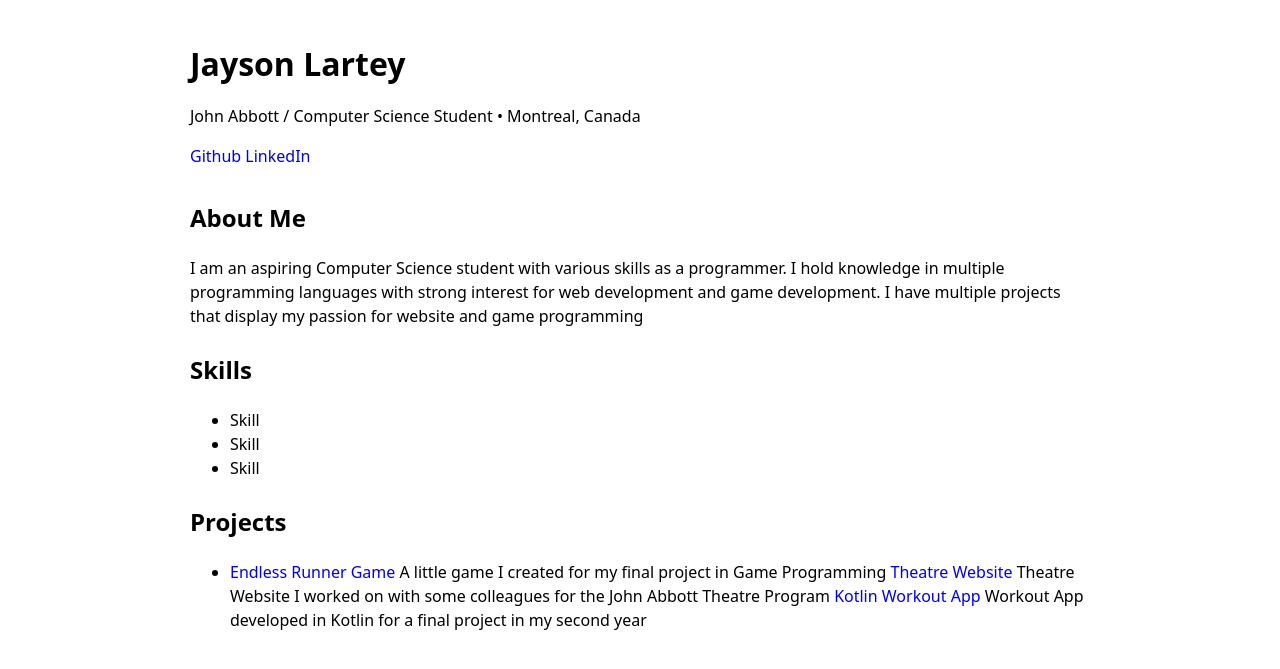
Repository: jaysonlartey/jaysonlartey.github.io
Page: index.html
An editor plug-in stored every save of this project. The page is shown before and after the next save, followed by the edit.
The browser window is 1280 px wide. The pictures show the whole page.

Above is the page before, as saved 2025-12-12 18:24:44.

After the next save:
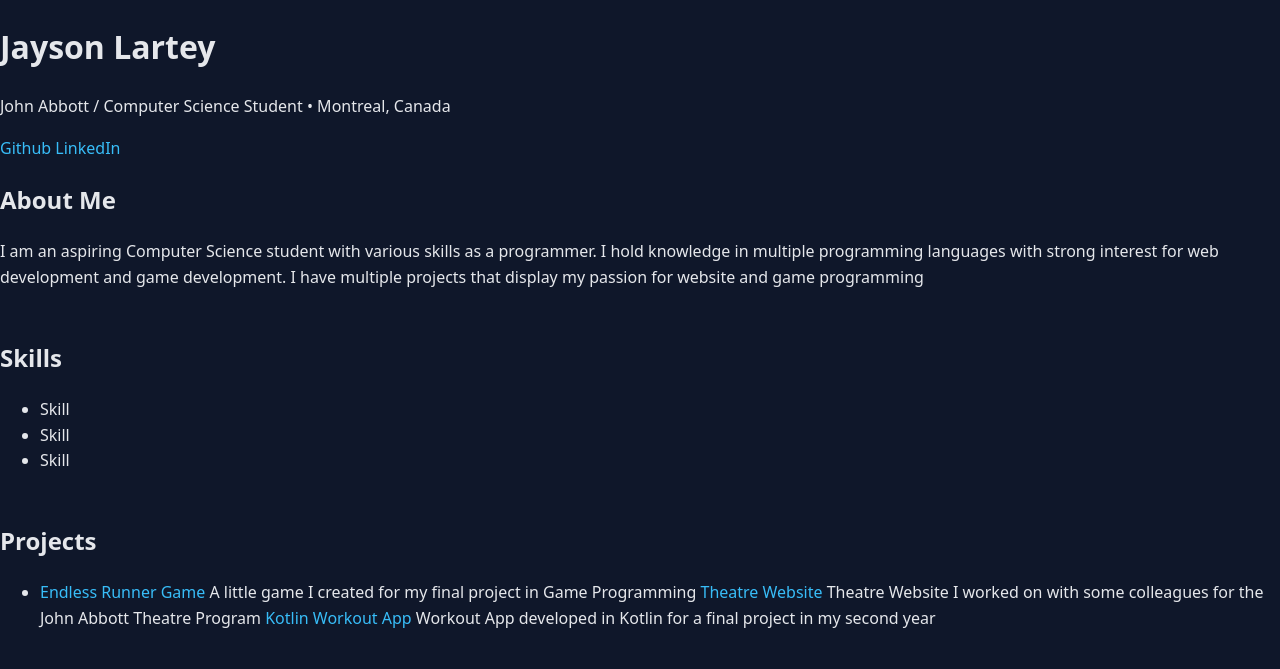
Saved 6 min 19 s later.
--- a/style.css
+++ b/style.css
@@ -1,19 +1,35 @@
-body{
-    font-family: system-ui, Arial, sans-serif; max-width: 900px; margin:40px auto; padding: 0 16px; line-height: 1.5;
+:root {
+  --bg: #0f172a;
+  --fg: #e5e7eb;
+  --accent: #38bdf8;
+  --muted: #94a3b8;
 }
 
-header{
-    margin-bottom: 32px;
+* { box-sizing: border-box; }
+
+body {
+  margin: 0;
+  font-family: system-ui, -apple-system, Segoe UI, Roboto, sans-serif;
+  background: var(--bg);
+  color: var(--fg);
+  line-height: 1.6;
 }
-h1{
-    margin: 0 0 8px
+
+.container {
+  max-width: 960px;
+  padding: 2rem 1rem;
+  margin: 0 auto;
 }
-section{
-    margin: 24px 0;
+
+section {
+  margin-bottom: 3rem;
 }
-a{
-    text-decoration: none;
+
+a {
+  color: var(--accent);
+  text-decoration: none;
 }
-a:hover{
-    text-decoration: underline;
+
+a:hover {
+  text-decoration: underline;
 }
